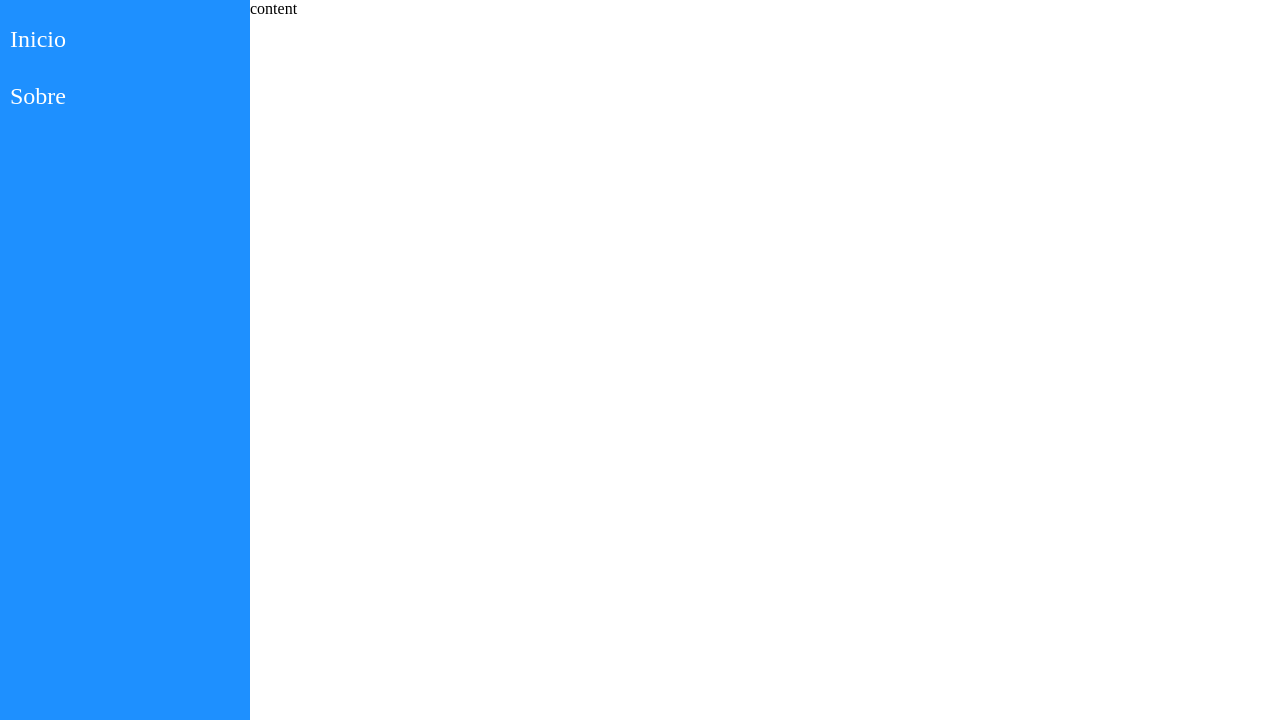
Repository: mateus-henrique-silva/estudos-react
Page: /
These files come from the project's save history. The page is drawn as it stood at one moment and after the next save; the edit follows.
The browser window is 1280 px wide. The pictures show the whole page.
The pointer rests on the first visible `.Menu li a`.
The project was rebuilt for these pictures with package versions that can differ from the ones it lists, and the page was loaded fresh each time.

Above is the page before, as saved 2022-07-11 11:59:31.

After the next save:
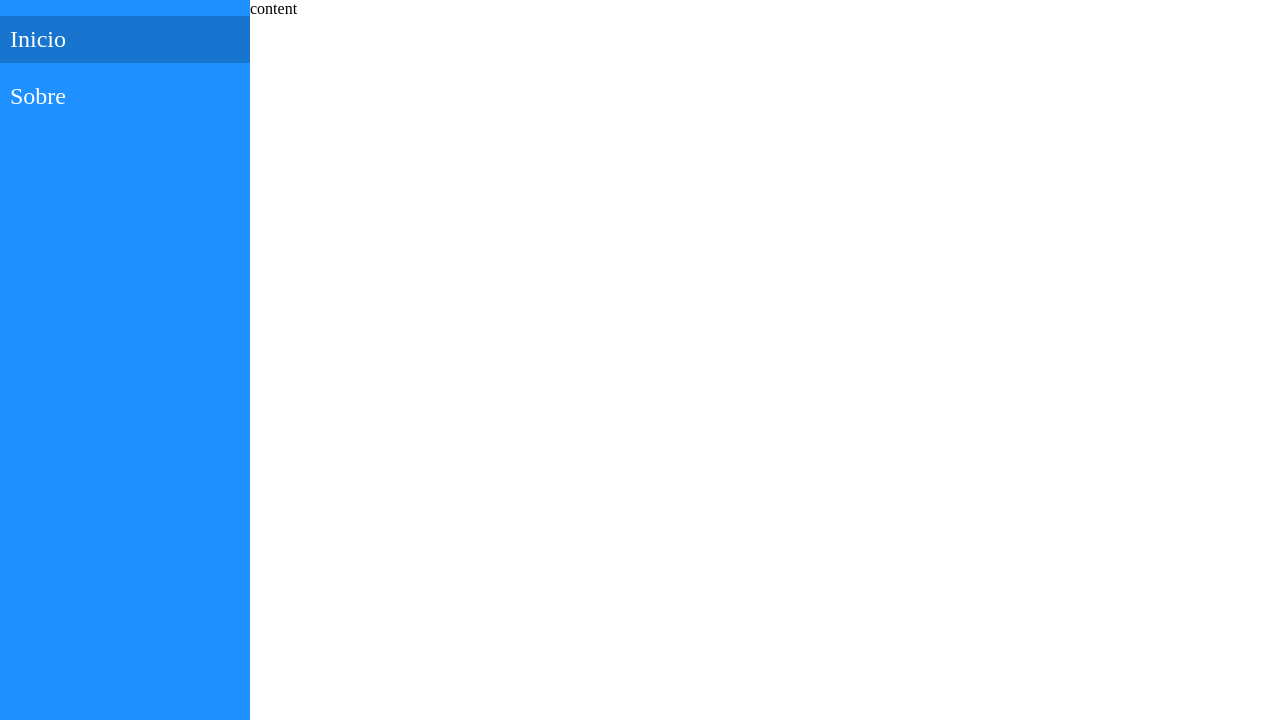
Saved 16 s later.
--- a/src/Components/Menu/Menu.css
+++ b/src/Components/Menu/Menu.css
@@ -33,5 +33,5 @@
 
 
 .Menu li a:hover{
- background: #000000030;
+ background: #00000030;
 }
